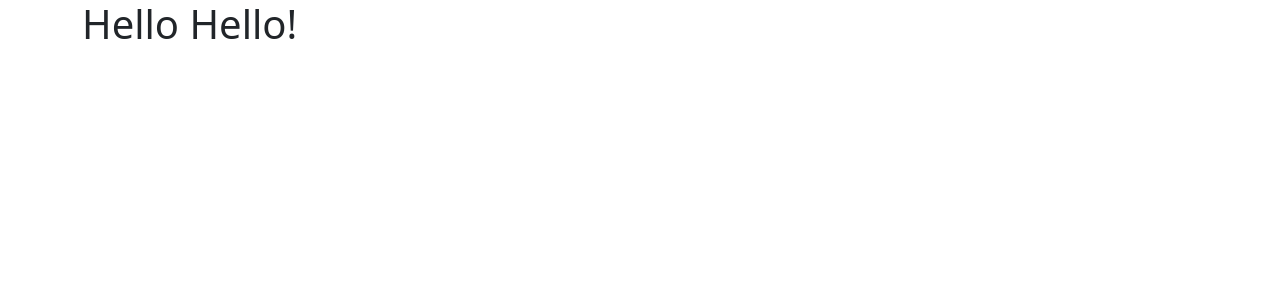
Repository: MuzhdaEhsan/WEBD6201-W2021-ICE1
Page: Week1/index.html
An editor plug-in stored every save of this project. The page is shown before and after the next save, followed by the edit.
The browser window is 1280 px wide. The pictures show the whole page.

Above is the page before, as saved 2021-01-20 02:04:52.
Console error: ReferenceError: index is not defined

### Week1/index.html
<!DOCTYPE html>
<html lang="eng">
<head>
    <meta charset="UTF-8">

    <meta name="viewport" content="width-device-width, initial-scale-1.0">
    <title>Hello world ! </title>
    <!-- css section -->
    <link rel="stylesheet" href="./node_modules/bootstrap/dist/css/bootstrap.min.css">
    <link rel="stylesheet" href="./node_modules/@fortawesome/fontawesome-free/css/all.min.css">

    <link rel="stylesheet" href="./Content/app.css">



</head>

<body>

    <div class="container">
        <h1> Hello Hello! </h1>
    </div>

    <!--JavaScript Section-->
    <script src="./Scripts/app.js"></script>

    <script src="./node_modules/jquery/dist/jquery.min.js"></script>


    <script src="./node_modules/bootstrap/dist/js/bootstrap.bundle.min.js"></script>
</body>

</html>

### Week1/Scripts/app.js
/* custom scripts go here */

//IIFE - imediately Invoked Function expression
// aka: self-executing function

(function()
{

    function Start()
    {
        console.log("App Started......");

        for (let index = 0; index < 5; index++) {

            console.log(index);

        }

        console.log(index);

    }

    // event listener
    window.addEventListener("load", Start);

})();

Loaded but not shown: Week1/node_modules/bootstrap/dist/css/bootstrap.min.css (library); Week1/node_modules/@fortawesome/fontawesome-free/css/all.min.css (library); Week1/node_modules/jquery/dist/jquery.min.js (library); Week1/node_modules/bootstrap/dist/js/bootstrap.bundle.min.js (library); Week1/Content/app.css (no stored copy; drawn as an empty file)

After the next save:
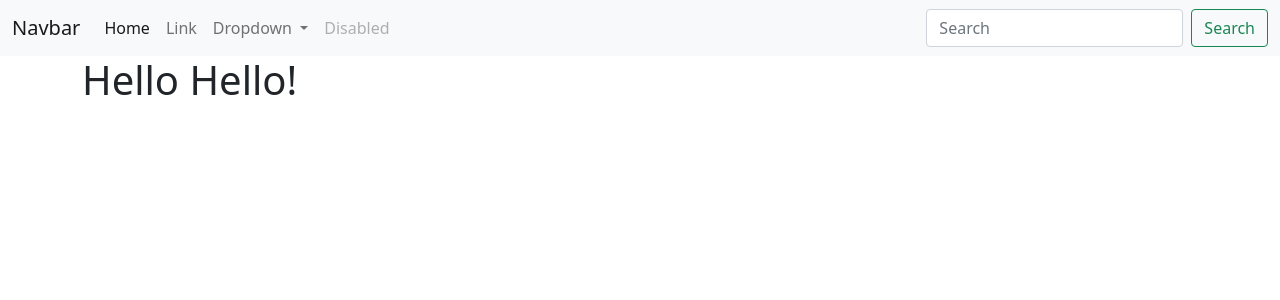
Saved 107 s later.
--- a/Week1/index.html
+++ b/Week1/index.html
@@ -17,6 +17,43 @@
 
 <body>
 
+    <nav class="navbar navbar-expand-lg navbar-light bg-light">
+        <div class="container-fluid">
+          <a class="navbar-brand" href="#">Navbar</a>
+          <button class="navbar-toggler" type="button" data-bs-toggle="collapse" data-bs-target="#navbarSupportedContent" aria-controls="navbarSupportedContent" aria-expanded="false" aria-label="Toggle navigation">
+            <span class="navbar-toggler-icon"></span>
+          </button>
+          <div class="collapse navbar-collapse" id="navbarSupportedContent">
+            <ul class="navbar-nav me-auto mb-2 mb-lg-0">
+              <li class="nav-item">
+                <a class="nav-link active" aria-current="page" href="#">Home</a>
+              </li>
+              <li class="nav-item">
+                <a class="nav-link" href="#">Link</a>
+              </li>
+              <li class="nav-item dropdown">
+                <a class="nav-link dropdown-toggle" href="#" id="navbarDropdown" role="button" data-bs-toggle="dropdown" aria-expanded="false">
+                  Dropdown
+                </a>
+                <ul class="dropdown-menu" aria-labelledby="navbarDropdown">
+                  <li><a class="dropdown-item" href="#">Action</a></li>
+                  <li><a class="dropdown-item" href="#">Another action</a></li>
+                  <li><hr class="dropdown-divider"></li>
+                  <li><a class="dropdown-item" href="#">Something else here</a></li>
+                </ul>
+              </li>
+              <li class="nav-item">
+                <a class="nav-link disabled" href="#" tabindex="-1" aria-disabled="true">Disabled</a>
+              </li>
+            </ul>
+            <form class="d-flex">
+              <input class="form-control me-2" type="search" placeholder="Search" aria-label="Search">
+              <button class="btn btn-outline-success" type="submit">Search</button>
+            </form>
+          </div>
+        </div>
+      </nav>
+
     <div class="container">
         <h1> Hello Hello! </h1>
     </div>
